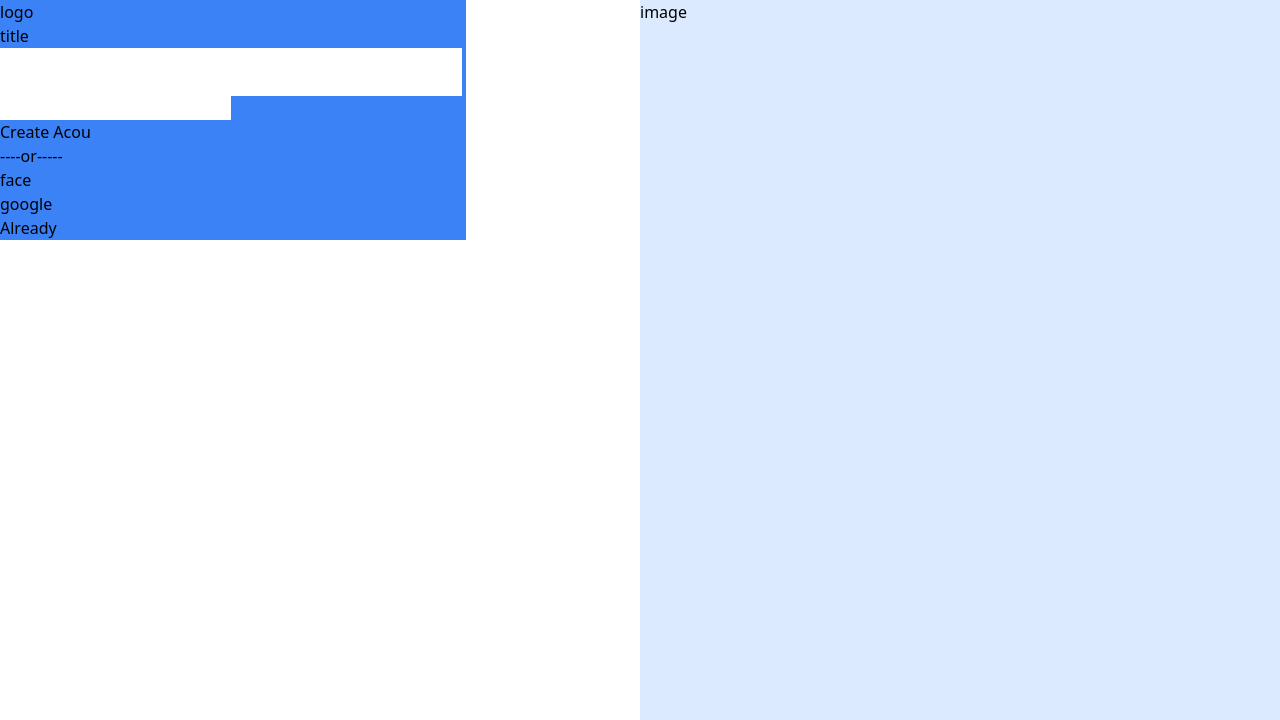
Repository: Abdibaye/Job-Sphere
Page: /
An editor plug-in stored every save of this project. The page is shown before and after the next save, followed by the edit.
The browser window is 1280 px wide. The pictures show the whole page.
The project was rebuilt for these pictures with package versions that can differ from the ones it lists, and the page was loaded fresh each time. Also part of the build but not shown: vite.config.js, src/components/navbar.jsx, src/components/search.jsx, src/components/job.jsx, src/components/feed.jsx, src/components/saved.jsx, src/components/filter.jsx, src/components/pagination.jsx and 2 more.

Above is the page before, as saved 2025-02-18 10:11:23.

### index.html
<!doctype html>
<html lang="en">
  <head>
    <meta charset="UTF-8" />
    <link rel="icon" type="image/svg+xml" href="/vite.svg" />

    <link rel="preconnect" href="https://fonts.googleapis.com">
    <link rel="preconnect" href="https://fonts.gstatic.com" crossorigin>
    <link href="https://fonts.googleapis.com/css2?family=Inter:ital,opsz,wght@0,14..32,100..900;1,14..32,100..900&family=Open+Sans:ital,wght@0,300..800;1,300..800&family=Poppins:wght@100;200;300;400;600;700&display=swap" rel="stylesheet">

    <meta name="viewport" content="width=device-width, initial-scale=1.0" />
    <title>Vite + React</title>
  </head>
  <body>
    <div id="root"></div>
    <script type="module" src="/src/main.jsx"></script>
  </body>
</html>

### src/App.jsx
import HomePage from "./pages/homepage";
import LoginPage from "./pages/loginpage";
import SignUp from "./pages/Signup";


function App() {


  return (
    <>
       <SignUp />
    </>
  );
}

export default App;

### src/pages/Signup.jsx
import React from "react"



function SignUp() {
    return(
        <div className="flex h-screen ">
            <div className="flexbg-red-100 w-1/2">
              <div className="w-[466px] bg-blue-500">
                 <div>logo</div>
                 <h1>title</h1>
                 <div>
                    <input type="text" />
                    <input type="text" />
                    <input type="text" />
                    <input type="text" />
                    <input type="text" />
                 </div>
                 <button>Create Acou</button>
                 <div>----or-----</div>
                 <div>
                    <div>face</div>
                    <div>google</div>
                 </div>
                 <div>Already</div>
              </div>
            </div>
            <div className="bg-blue-100 w-1/2">image</div>
        </div>
);
}


export default SignUp

### tailwind.config.js
/** @type {import('tailwindcss').Config} */
export default {
  content: [
    "./index.html",
    "./src/**/*.{js,ts,jsx,tsx}",
  ],
  theme: {
    extend: {
      fontFamily: {
        'inter': ['Inter', 'sans-serif'],
      },
    },
  },
  plugins: [],
}

Loaded but not shown: src/main.jsx (common file); src/index.css (common file)

After the next save:
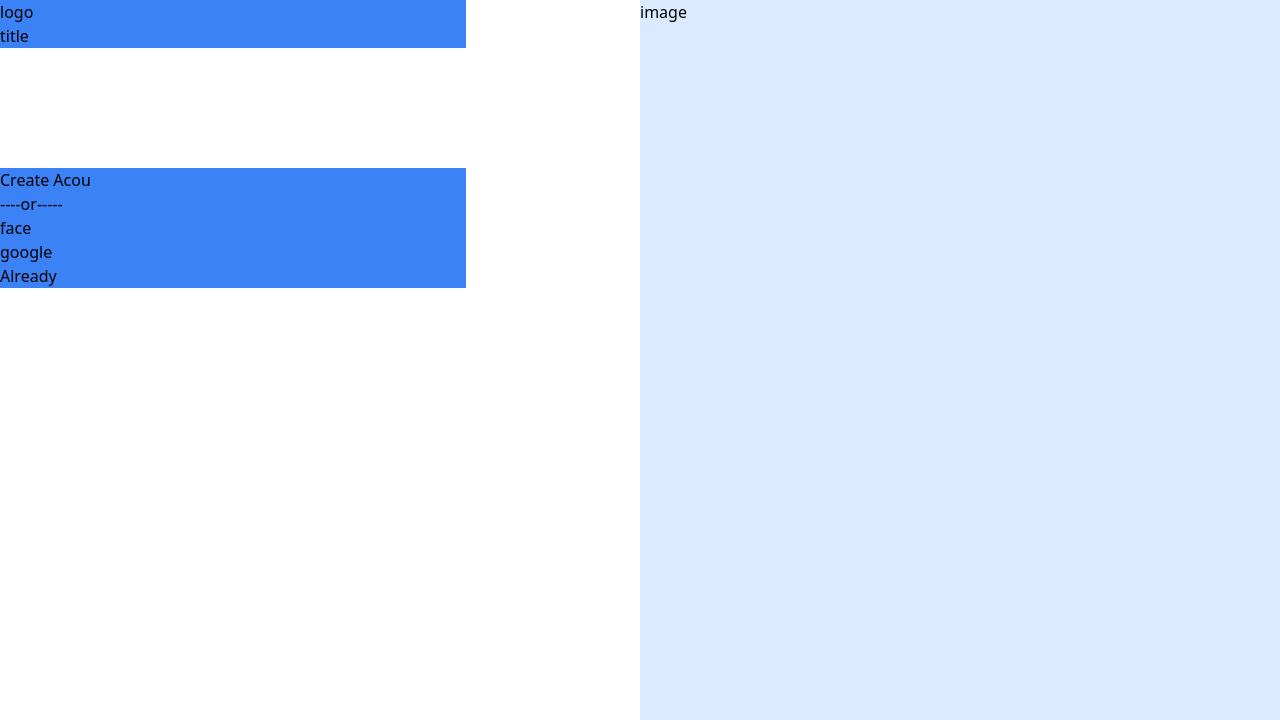
Saved 22 s later.
--- a/src/pages/Signup.jsx
+++ b/src/pages/Signup.jsx
@@ -9,7 +9,7 @@ function SignUp() {
               <div className="w-[466px] bg-blue-500">
                  <div>logo</div>
                  <h1>title</h1>
-                 <div>
+                 <div className="flex flex-col">
                     <input type="text" />
                     <input type="text" />
                     <input type="text" />
